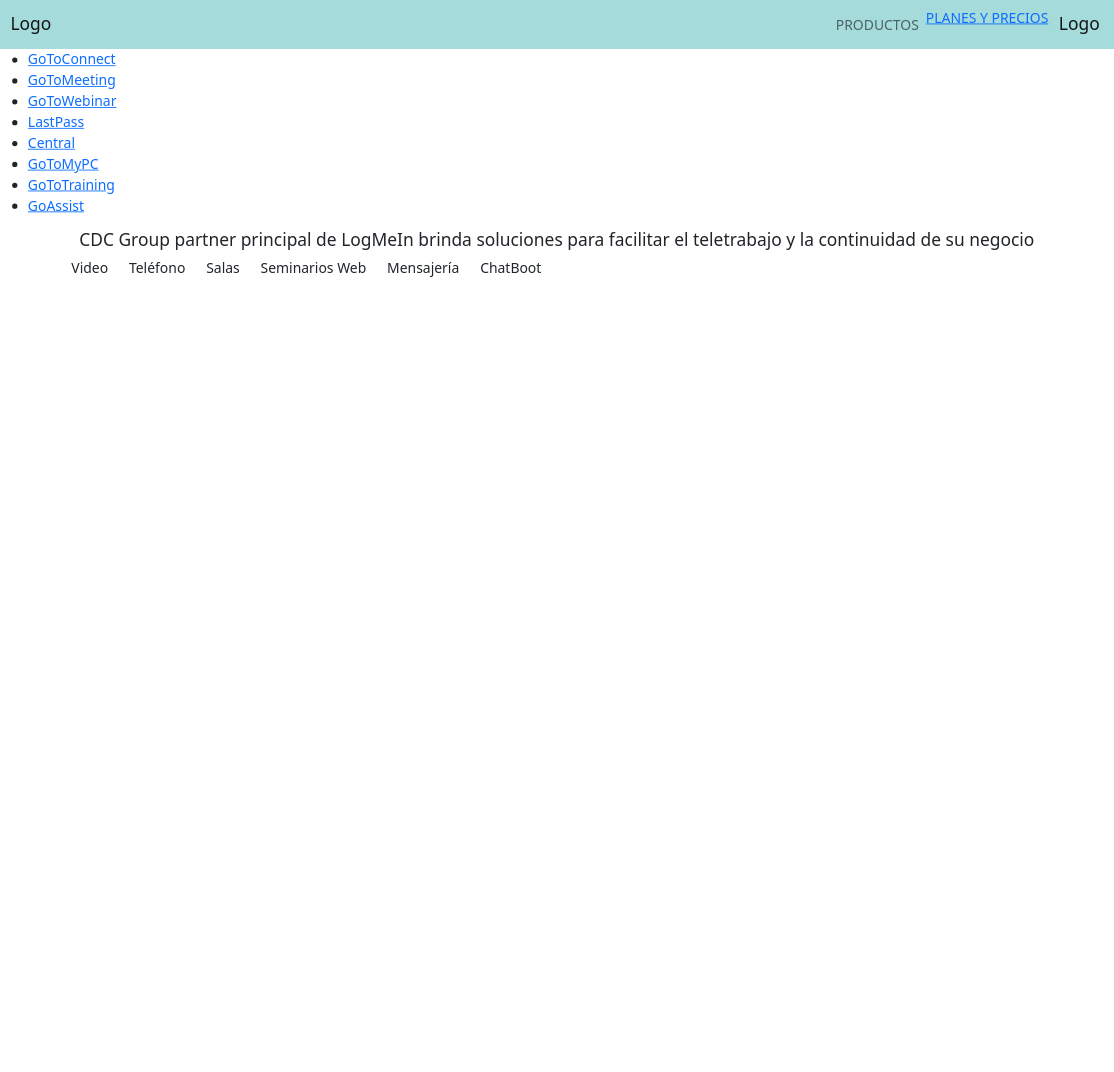
Repository: onehitwondermx/cdclogmein
Page: index.html
An editor plug-in stored every save of this project. The page is shown before and after the next save, followed by the edit.
The browser window is 1280 px wide. The pictures show the whole page, at 87% of full size.

Above is the page before, as saved 2021-06-03 20:53:59.

### index.html
<!DOCTYPE html>
<html lang="es">
  <head>
    <meta charset="utf-8">
    <meta name="viewport" content="width=device-width, initial-scale=1">
    <script src="https://cdn.jsdelivr.net/npm/bootstrap@5.0.1/dist/js/bootstrap.bundle.min.js" integrity="sha384-gtEjrD/SeCtmISkJkNUaaKMoLD0//ElJ19smozuHV6z3Iehds+3Ulb9Bn9Plx0x4" crossorigin="anonymous"></script>
    <link href="https://cdn.jsdelivr.net/npm/bootstrap@5.0.1/dist/css/bootstrap.min.css" rel="stylesheet" integrity="sha384-+0n0xVW2eSR5OomGNYDnhzAbDsOXxcvSN1TPprVMTNDbiYZCxYbOOl7+AMvyTG2x" crossorigin="anonymous">
    <title>LogMeIn - CDC Gropu</title>
  </head>
<body>
  <nav class="navbar sticky-top navbar-expand-lg navbar-light" style="background-color: #a6dbdb;">
    <div class="container-fluid">
        <a href="#" class="navbar-brand">Logo</a>
        <button class="navbar-toggler" type="button" data-bs-toggle="collapse" data-bs-target="#navbarText" aria-controls="navbarText" aria-expanded="false" aria-label="Toggle navigation">
          <span class="navbar-toggler-icon"></span>
        </button>
        <div class="collapse navbar-collapse" id="navbarText"></div>
            <ul class="navbar-nav me-auto mb-2 mb-lg-0">
              <li class="nav-item"><a class="nav-link" href="#">PRODUCTOS</a></li>
              <li><a class="nav-item dropdown" href="#" data-target="dropdown1">PLANES Y PRECIOS</a></li>
            </ul>
        </div>
        <a href="#" class="navbar-brand">Logo</a>
    </div>
  </nav>
      <!-- Dropdown Structure -->
    <ul id="dropdown1" class="dropdown-content">
      <li><a href="#">GoToConnect</a></li>
      <li><a href="#">GoToMeeting</a></li>
      <li><a href="#">GoToWebinar</a></li>
      <li><a href="#">LastPass</a></li>
      <li><a href="#">Central</a></li>
      <li><a href="#">GoToMyPC</a></li>
      <li><a href="#">GoToTraining</a></li>
      <li><a href="#">GoAssist</a></li>
    </ul>
    </div>

  <div class="container-fluid">
      <div class="row justify-content-md-center">
        <div class="col-md-auto">
          <h5 class="center-align">
            CDC Group partner principal de LogMeIn brinda soluciones para facilitar el teletrabajo y la continuidad de su negocio
          </h5>
        </div>
      </div>
  </div>
  <div class="container">
    <div class="row row-cols-auto">
      <div class="col">
        <span>Video</span>
      </div>
      <div class="col">
        <span>Teléfono</span>
      </div>
      <div class="col">
        <span>Salas</span>
      </div>
      <div class="col">
        <span>Seminarios Web</span>
      </div>
      <div class="col">
        <span>Mensajería
        </span>
      </div>
      <div class="col">
        <span>ChatBoot</span>
      </div>
    </div>
  </div>

   <br><br><br><br><br><br><br><br><br><br><br><br><br><br><br><br><br><br><br><br><br><br><br><br><br><br><br><br><br><br><br><br><br><br><br><br><br><br>
  </body>
</html>

After the next save:
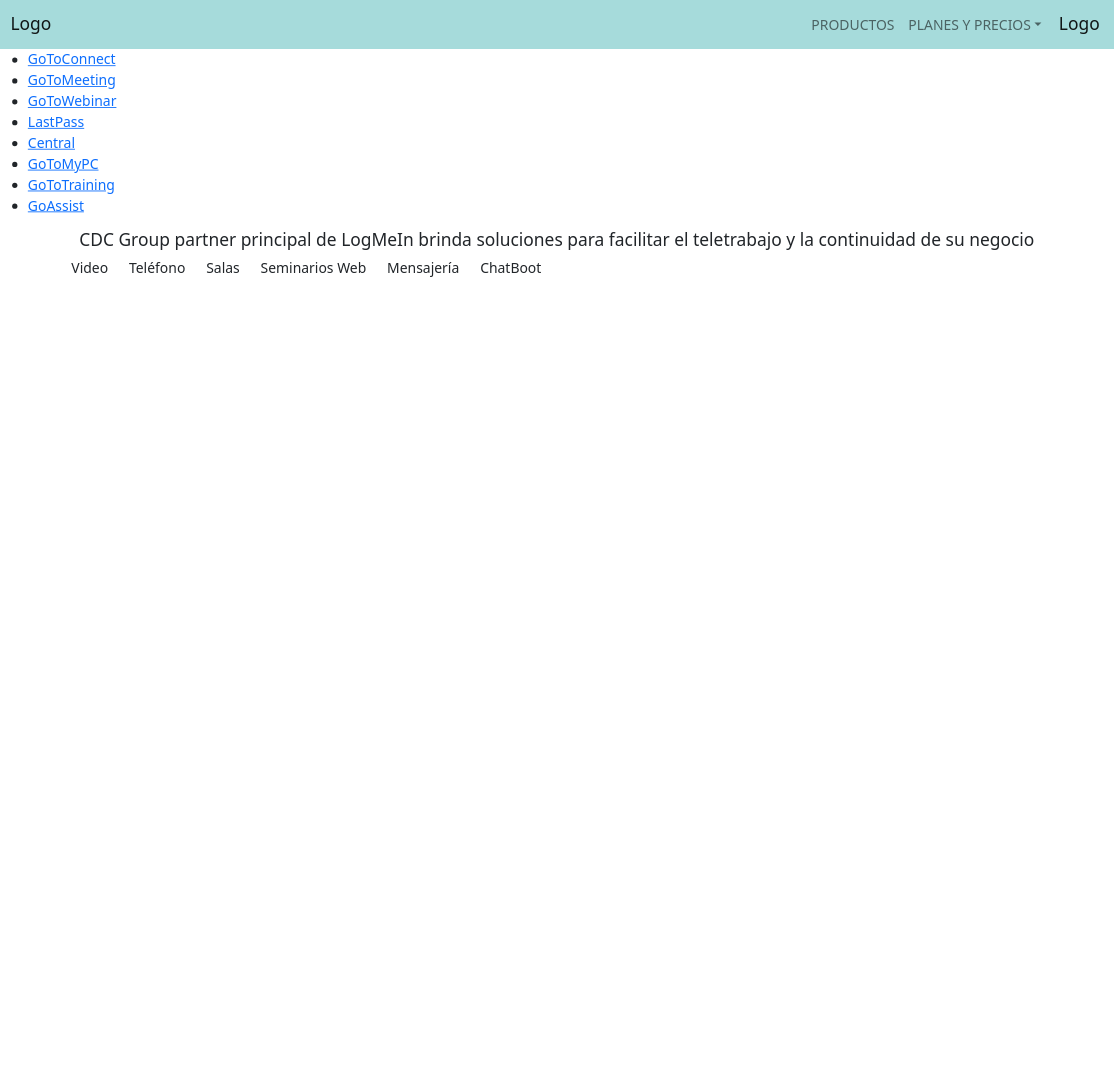
Saved 46 s later.
--- a/index.html
+++ b/index.html
@@ -17,7 +17,7 @@
         <div class="collapse navbar-collapse" id="navbarText"></div>
             <ul class="navbar-nav me-auto mb-2 mb-lg-0">
               <li class="nav-item"><a class="nav-link" href="#">PRODUCTOS</a></li>
-              <li><a class="nav-item dropdown" href="#" data-target="dropdown1">PLANES Y PRECIOS</a></li>
+              <li class="nav-item dropdown"><a class="nav-link dropdown-toggle" href="#" data-target="dropdown1">PLANES Y PRECIOS</a></li>
             </ul>
         </div>
         <a href="#" class="navbar-brand">Logo</a>
